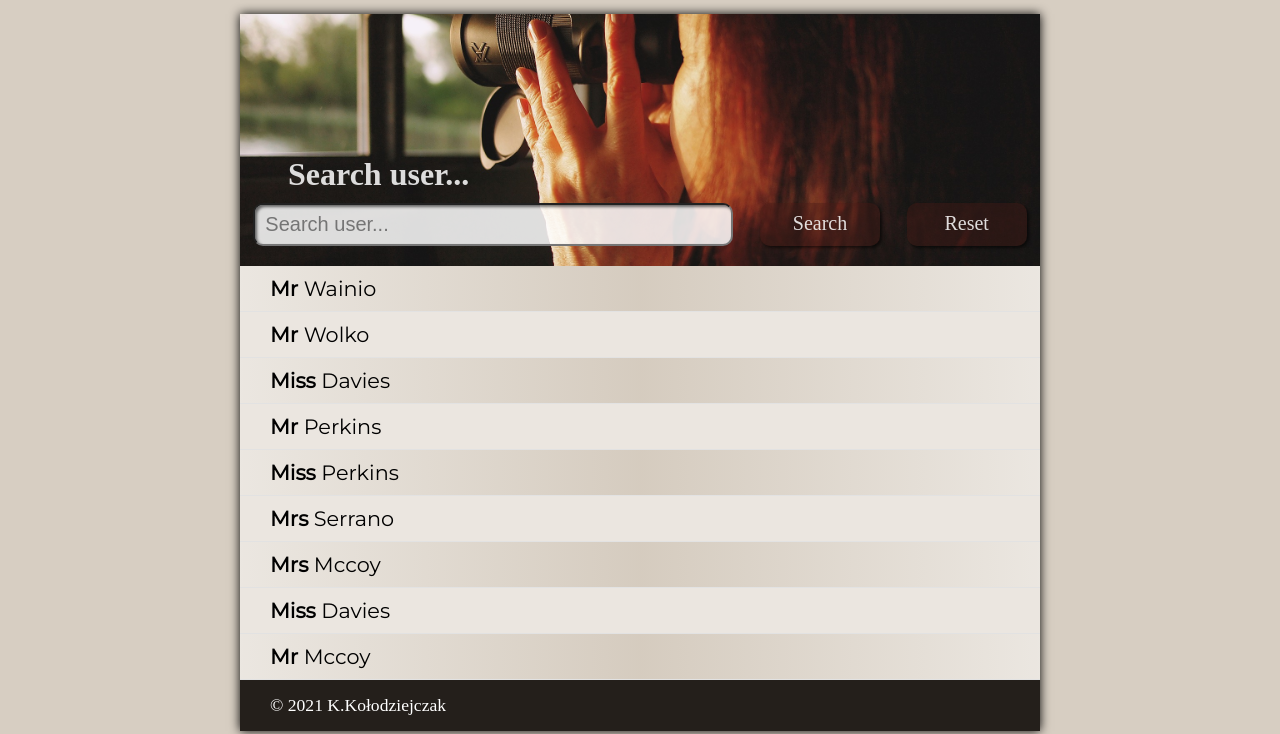
Repository: KrzysKolo/sr_tydzien5_zad4
Page: /
The author's editor kept a copy of each file at every save. The page is drawn from the files as they stood at one save, then again after the next save.
The browser window is 1280 px wide. The pictures show the whole page.
Some web fonts or font styles are not loaded; a fallback is used. The project was rebuilt for these pictures with package versions that can differ from the ones it lists, and the page was loaded fresh each time. Also part of the build but not shown: src/components/userContainerComponents/Error.js.

Above is the page before, as saved 2021-01-05 15:58:28.

### public/index.html
<!DOCTYPE html>
<html lang="en">
  <head>
    <meta charset="utf-8" />
    <link rel="icon" href="%PUBLIC_URL%/favicon.ico" />
    <meta name="viewport" content="width=device-width, initial-scale=1" />
    <meta name="theme-color" content="#000000" />
    <meta
      name="description"
      content="Web site created using create-react-app"
    />
    <link rel="apple-touch-icon" href="%PUBLIC_URL%/logo192.png" />
    <!--
      manifest.json provides metadata used when your web app is installed on a
      user's mobile device or desktop. See https://developers.google.com/web/fundamentals/web-app-manifest/
    -->
    <link rel="manifest" href="%PUBLIC_URL%/manifest.json" />
    <!--
      Notice the use of %PUBLIC_URL% in the tags above.
      It will be replaced with the URL of the `public` folder during the build.
      Only files inside the `public` folder can be referenced from the HTML.

      Unlike "/favicon.ico" or "favicon.ico", "%PUBLIC_URL%/favicon.ico" will
      work correctly both with client-side routing and a non-root public URL.
      Learn how to configure a non-root public URL by running `npm run build`.
    -->
    <link rel="preconnect" href="https://fonts.gstatic.com">
<link href="https://fonts.googleapis.com/css2?family=Finger+Paint&family=Montserrat&family=Over+the+Rainbow&family=Peralta&display=swap" rel="stylesheet">
    <title>User search</title>
  </head>
  <body>
    <noscript>You need to enable JavaScript to run this app.</noscript>
    <div id="root"></div>
    <!--
      This HTML file is a template.
      If you open it directly in the browser, you will see an empty page.

      You can add webfonts, meta tags, or analytics to this file.
      The build step will place the bundled scripts into the <body> tag.

      To begin the development, run `npm start` or `yarn start`.
      To create a production bundle, use `npm run build` or `yarn build`.
    -->
  </body>
</html>

### src/App.js
import React from 'react';
import UsersContainer from './components/UsersContainer';
import './App.css';


const App = () => {

  return (
    <>
      <UsersContainer/>
    </>
  )
}

export default App;

### src/components/UsersContainer.js
import React, { useState, useEffect } from 'react';
import { Header, UserList, Footer, Error, Loading } from './userContainerComponents/'


const UsersContainer = () => {

  const UsersAPI = '/users.json';

  const [users, setUsers ] = useState([]);
  const [loading, setLoading] = useState(true);
  const [isErr, setIsErr] = useState(false);


  useEffect(() => {
    getUsers();
  }, []);

  const getUsers = () => {
    let timer = setTimeout(() => {
      fetch(UsersAPI)
      .then(res => {
        if (res.ok) {
        return res;
        }
        throw Error(res.status);
        })
      .then(res => res.json())
      .then(data => {
        console.log(data.users);
        setUsers(data.users);
        setLoading(false);
        clearTimeout(timer);
      })
      .catch(error => setIsErr(`The problem is with: ${error}`));
    }, 500);
  }

 /*  const handleChange = (e) => {
      const value = e.target.value.toLowerCase();
      setSearchValue(value);
      console.log(value);
      };
 */
    /* const handleSubmit = (e) => {
        console.log("klikm ;)");
      e.preventDefault();
      setIsErr("")
      if (searchValue !== "") {
      console.log(`sent ${searchValue}`);

      } else {
        setIsErr("Enter username!!");
      }
      };
 */
   /*  const handleReset = (e) => {
      console.log("reset");
      setSearchValue("");
      getUsers(setUsers);
      setLoading(true);
    }; */

    return (
        <section>
					<Header isErr={isErr}  />
          { loading ? <Loading/> : <UserList users={users}/>}
          { isErr && <Error isErr={setIsErr}/> }
          <Footer />
        </section>
    )

}

export default UsersContainer;

### src/App.css
* {
  box-sizing: border-box;
  padding: 0;
  margin: 0;
}
body {
  height: 100vh;
  width: 100vw;
  background-color: rgba(206, 194, 179, 0.8);
}
section {
  margin: 2vh auto;
  width: 70%;
  max-width: 800px;
  display: flex;
  flex-direction: column;
  box-shadow: 0 0 10px #000;
}
.header__section {
  height: 35vh;
  background-image: url("./images/girl.jpg");
  background-position: center;
  background-size: cover;
  display: flex;
  flex-direction: column;
  justify-content: flex-end;
}
.header__title {
  font-size: 2rem;
  font-family: "Peralta", cursive;
  margin: 0 auto 10px 3rem;
  color: rgba(255, 255, 255, 0.85);
}
.header__search-wrapper {
  width: 100%;
  margin-bottom: 20px;
  display: flex;
  justify-content: space-around;
}
.header__search {
  padding: 8px 10px;
  width: 60%;
  border-radius: 10px;
  background-color: rgba(255, 255, 255, 0.85);
  box-shadow: inset 2px 2px 3px 0px rgba(0, 0, 0, 0.55);
  font-size: 20px;
}
.header__search-btn {
  background: rgba(71, 26, 20, 0.4);
  color: rgba(255, 255, 255, 0.85);
  width: 15%;
  border-radius: 10px;
  box-shadow: 2px 2px 3px 0px rgba(0, 0, 0, 0.55);
  font-size: 20px;
  text-align: center;
  line-height: 40px;
  transition: 0.2s all ease;
  cursor: pointer;
}
.header__search-btn:hover {
  background: rgba(65, 28, 24, 1);
}
.user {
  font-size: 1.3rem;
  font-family: "Montserrat", sans-serif;
  padding: 10px 30px;
  list-style: none;
  border-bottom: 1px solid rgb(226, 226, 226);
  background-color: rgba(255, 255, 255, 0.5);
}
.user:nth-child(odd) {
  background: linear-gradient(
    90deg,
    rgba(255, 255, 255, 0.5) 0%,
    rgba(206, 194, 179, 0.2) 50%,
    rgba(255, 255, 255, 0.5) 100%
  );
}
.footer__wrapper {
  background-color: rgb(36, 31, 27);
  color: white;
  font-size: 1.1rem;
  padding: 10px 30px;
  width: 100%;
  height: 7vh;
  display: flex;
  align-items: center;
}
.error {
  color: rgb(195, 1, 4);
  padding: 10px;
  text-align: center;
  font-size: 1.2rem;
}

### src/components/userContainerComponents/index.js
export { default as Footer } from './Footer';
export { default as Header } from './Header';
export { default as UserList } from './UserList';
export { default as Error } from './Error';
export { default as Loading } from './Loading';

### src/components/userContainerComponents/Footer.js
import React from 'react';

const Footer = () => {
    return (
        <div className="footer__wrapper">
           © 2021 K.Kołodziejczak
        </div>
    )
}

export default Footer;

### src/components/userContainerComponents/Header.js
import React from 'react';
import { SearchUser } from './../searchComponents/';

const Header = ({isErr }) => {
   return (
        <div className="header__section">
            <h1 className="header__title">Search user...</h1>
            <SearchUser isErr={isErr} />
        </div>
    )
}

export default Header;

### src/components/userContainerComponents/UserList.js
import React from 'react';
import Loading from './Loading';

const UserList = ( { loading, users }) => {

    const user = users.map(user => (
        <li className="user" key={user.id}><b>{user.title}</b> {user.firstnme} {user.lastname}</li>
      ))
    return (
        loading ? <Loading /> : <ul>{user}</ul>
    )
}

export default UserList;

### src/components/userContainerComponents/Loading.js
import React from 'react';
import spinner from './../../images/spinner.gif'
const Loading = () => {
    return (
        <img src={spinner} style={{width: 200, margin: 'auto', display: 'block'}} alt="Loading"/>
     );
}

export default Loading;

### src/components/searchComponents/index.js
export { default as SearchUser } from './SearchUser';

### src/components/searchComponents/SearchUser.js
import React, { useState, useRef } from 'react';
import { Button, Input } from './../formComponents/'
const SearchUser = () => {

	const [searchValue, setSearchValue] = useState("");

	const handleChange = (e) => {
		const value = e.target.value.toLowerCase();
		setSearchValue(value);
		console.log(value);
		};
	const handleSubmit = (e) => {
		e.preventDefault();

		if(searchValue === "")
		{
			console.log("brak")
		}
		else {
		console.log(`send ${searchValue}`);
		}
	};


	const handleReset = () => {
		/* resetUsers(); */
		console.log("reset");
		setSearchValue('');

}

    return (
        <>
					<form className="header__search-wrapper" onSubmit={handleSubmit}>
          	<Input type="text" onChange={handleChange} value={searchValue} />
            <Button values="Search" onClick={handleSubmit} />
            <Button values="Reset" onClick={handleReset} />
          </form>
        </>
    )
}

export default SearchUser;

### src/components/formComponents/index.js
export { default as Button} from './Button';
export { default as Input } from './Input';

### src/components/formComponents/Button.js
import React from 'react';

const Button = ({ values, onClick }) => {
    return (
        <div className="header__search-btn" onClick={onClick}>
            {values}
        </div>
    )
}

export default Button;

### src/components/formComponents/Input.js
import React from 'react';

const Input = ({ type, searchValue, onChange }) => {
    return (
        <>
          <input className="header__search" type={type} value={searchValue} onChange={onChange} placeholder="Search user..." />
        </>
    )
}

export default Input;

### public/users.json
{
    "users": [
      {
        "id": 1,
        "title": "Mr",
        "firstname": "Eemil",
        "lastname": "Wainio"
       },
      {
        "id": 2,
        "title": "Mr",
        "firstname": "Joko",
        "lastname": "Wolko"
      },
      {
        "id": 3,
        "title": "Miss",
        "firstname": "Grace",
        "lastname": "Davies"
      },
      {
        "id": 4,
        "title": "Mr ",
        "firstname": "George ",
        "lastname": "Perkins"
      },
      {
        "id": 5,
        "title": "Miss",
        "firstname": "Roberta ",
        "lastname": "Perkins"
      },
      {
        "id": 6,
        "title": "Mrs ",
        "firstname": "Concepcion ",
        "lastname": "Serrano"
      },
      {
        "id": 7,
        "title": "Mrs ",
        "firstname": "Jessica ",
        "lastname": "Mccoy"
      },
      {
        "id": 8,
        "title": "Miss",
        "firstname": "Jessica",
        "lastname": "Davies"
      },
      {
        "id": 9,
        "title": "Mr",
        "firstname": "George",
        "lastname": "Mccoy"
      }
    ]
  }

Loaded but not shown: src/index.js (common file)

After the next save:
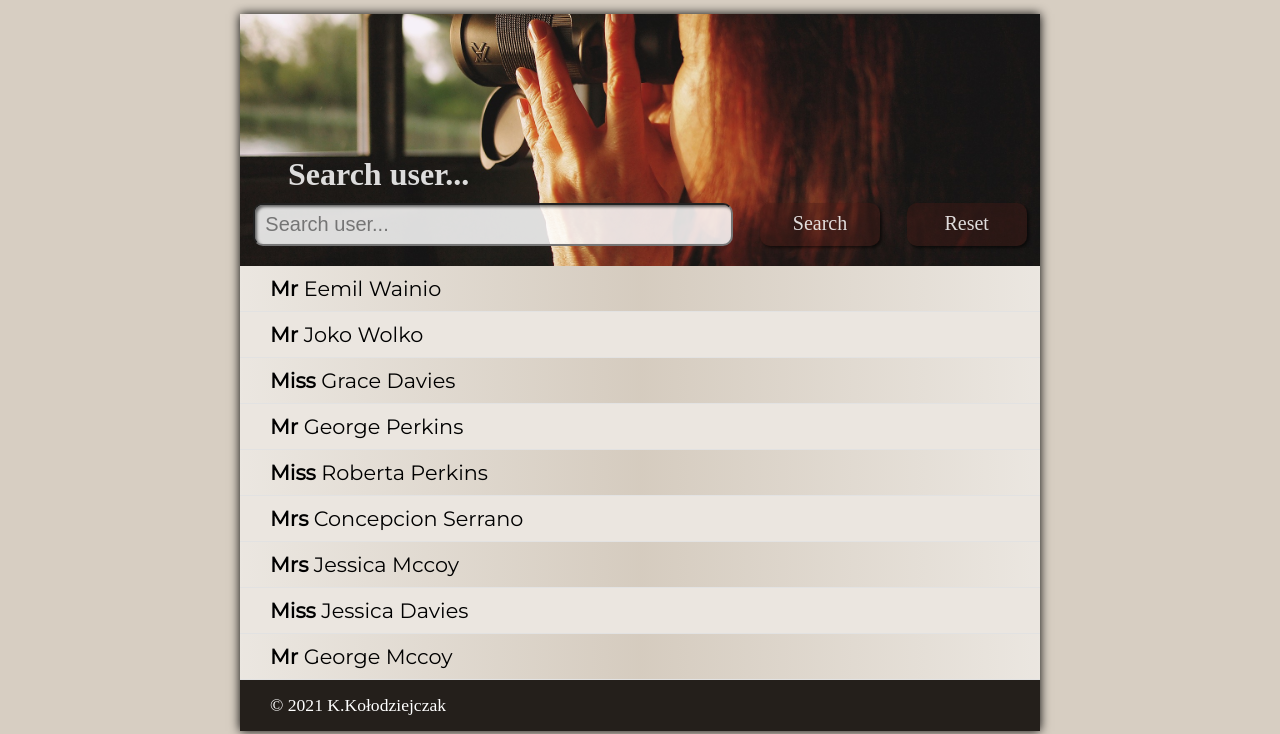
Saved 19 s later.
--- a/src/components/userContainerComponents/UserList.js
+++ b/src/components/userContainerComponents/UserList.js
@@ -4,7 +4,7 @@ import Loading from './Loading';
 const UserList = ( { loading, users }) => {
 
     const user = users.map(user => (
-        <li className="user" key={user.id}><b>{user.title}</b> {user.firstnme} {user.lastname}</li>
+        <li className="user" key={user.id}><b>{user.title}</b> {user.firstname} {user.lastname}</li>
       ))
     return (
         loading ? <Loading /> : <ul>{user}</ul>
